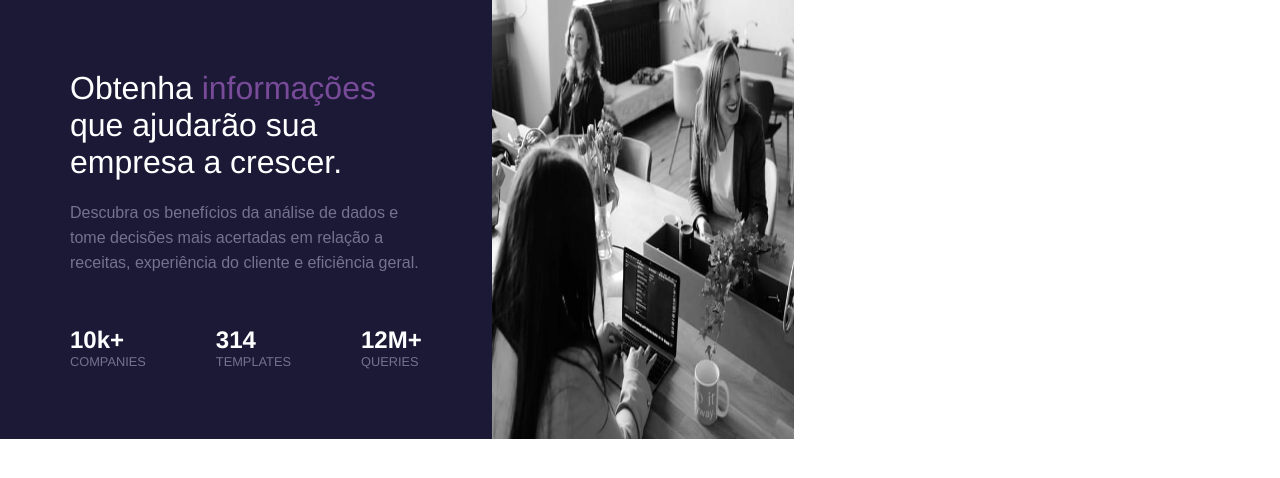
Repository: caique2512/componentes-de-estatisticas
Page: index.html
An editor plug-in stored every save of this project. The page is shown before and after the next save, followed by the edit.
The browser window is 1280 px wide. The pictures show the whole page.

Above is the page before, as saved 2026-03-03 17:38:43.

After the next save:
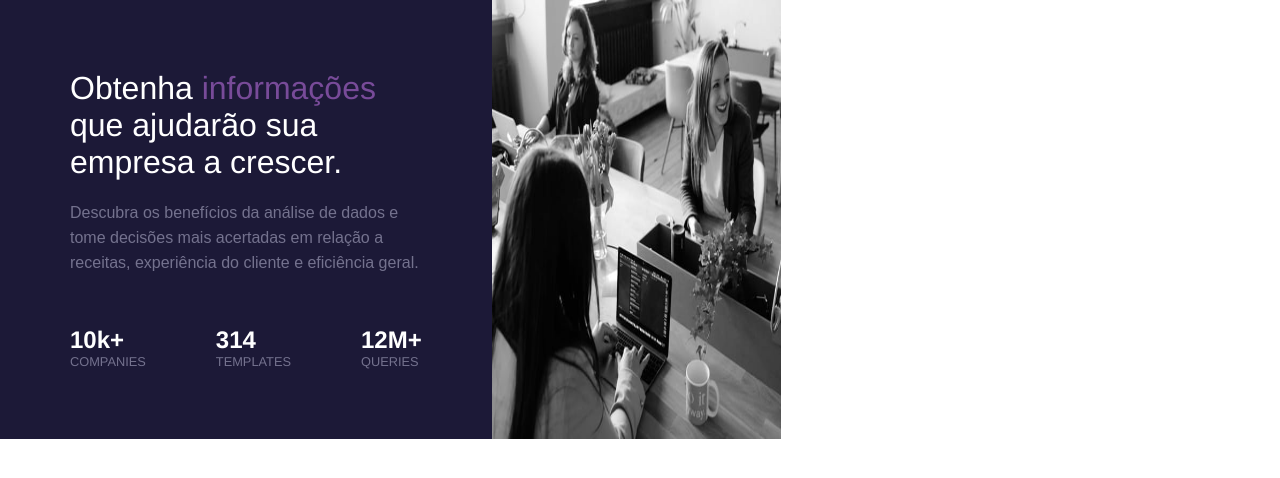
Saved 9 s later.
--- a/src/estilos.css
+++ b/src/estilos.css
@@ -1,7 +1,7 @@
 .conteudo {
     background-color: #1C1937;
     display: flex;
-    max-width: calc(100% - 38%);
+    max-width: calc(100% - 39%);
 }
 
 .conteudo-principal {
